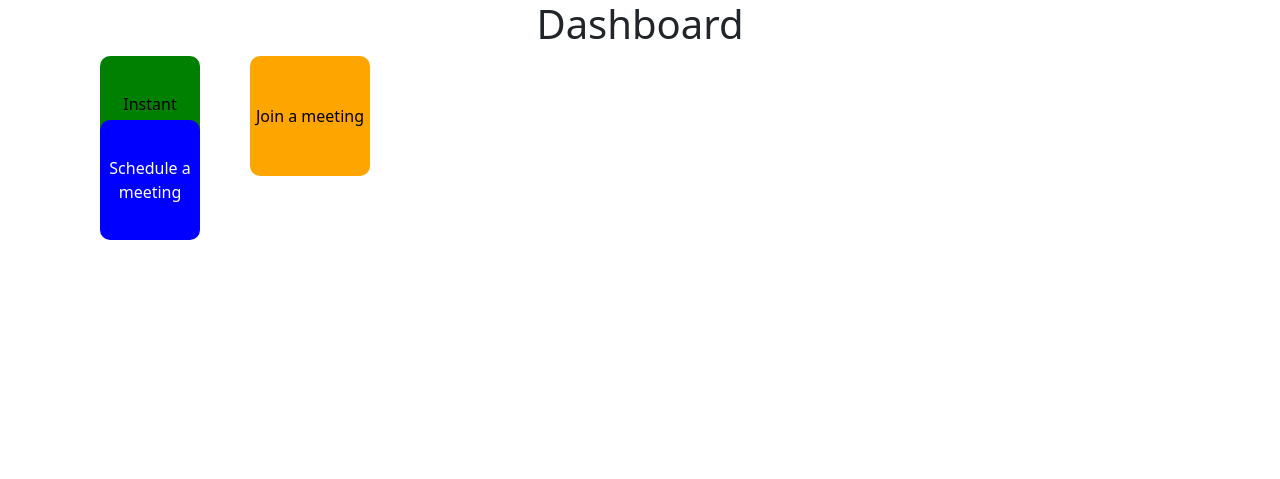
Repository: sreech465/myexam
Page: /
The author's editor kept a copy of each file at every save. The page is drawn from the files as they stood at one save, then again after the next save.
The browser window is 1280 px wide. The pictures show the whole page.
The project was rebuilt for these pictures with package versions that can differ from the ones it lists, and the page was loaded fresh each time. Also part of the build but not shown: src/Jmeet.js, src/Smeet.js, src/Joinmeet.js.

Above is the page before, as saved 2023-01-14 17:31:57.

After the next save:
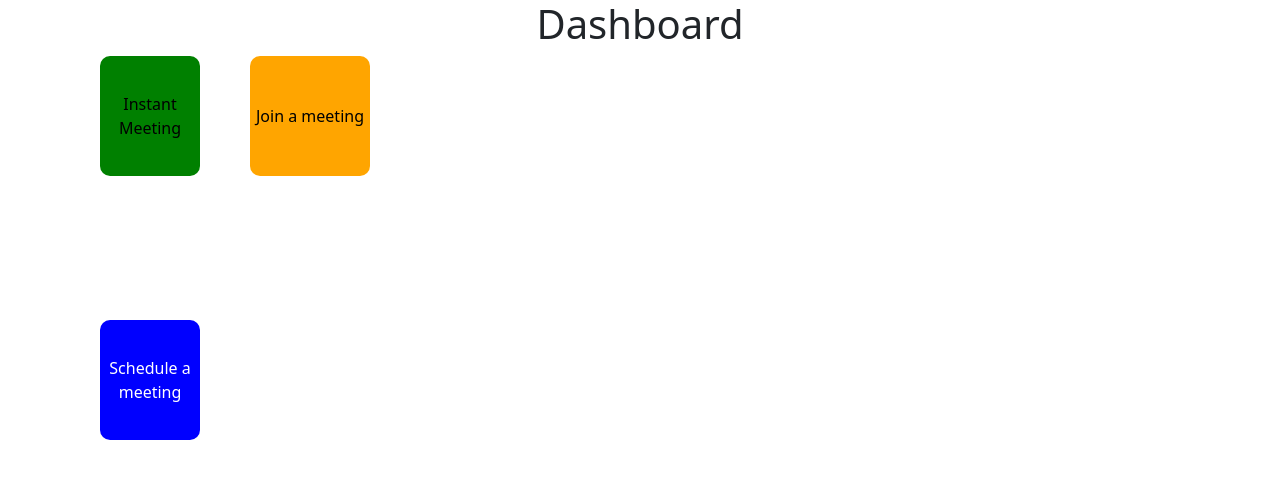
Saved 6 s later.
--- a/src/Details.js
+++ b/src/Details.js
@@ -54,7 +54,7 @@ const Details = () => {
           height: 120,
           left: 100,
           position: "fixed",
-          top: 80,
+          top: 280,
         }}
         onClick={handleSchedule}
       >
